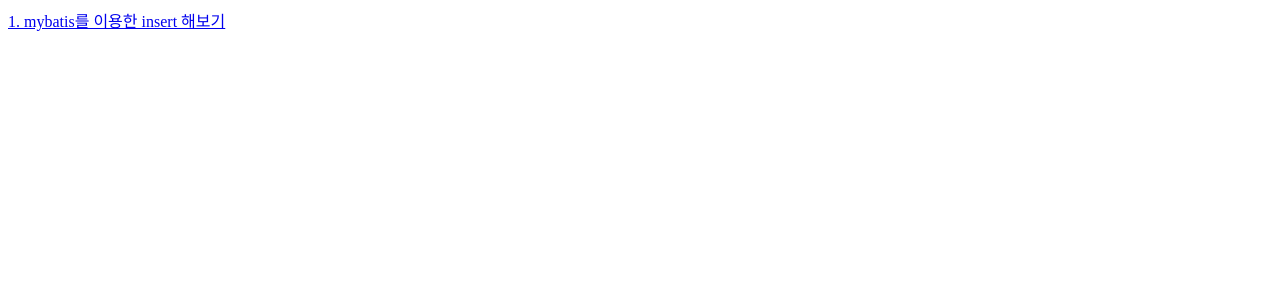
Repository: skosko00/seongmin
Page: webworkspace3/mybatis_01/WebContent/index.html
These files come from the project's save history. The page is drawn as it stood at one moment and after the next save; the edit follows.
The browser window is 1280 px wide. The pictures show the whole page.

Above is the page before, as saved 2018-06-26 07:20:07.

### webworkspace3/mybatis_01/WebContent/index.html
<!DOCTYPE html>
<html>
<head>
<meta charset="UTF-8">
<title>Insert title here</title>
</head>
<body>
<a href="/mybatisTest1">1. mybatis를 이용한 insert 해보기</a>
</body>
</html>

After the next save:
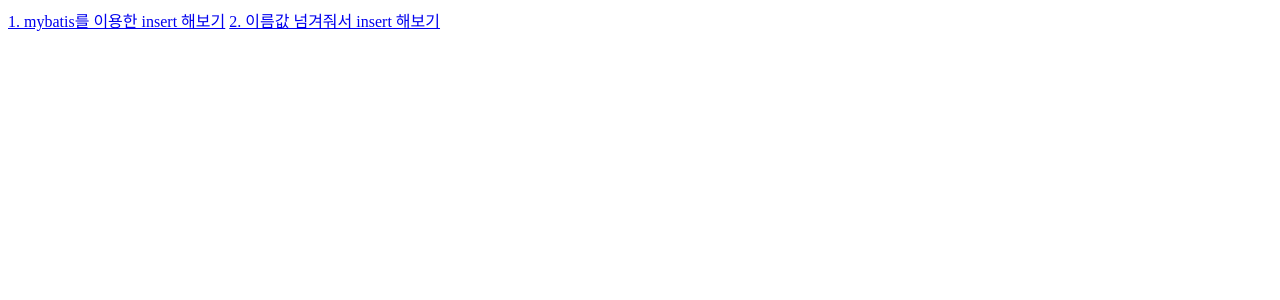
Saved 15 min 46 s later.
--- a/webworkspace3/mybatis_01/WebContent/index.html
+++ b/webworkspace3/mybatis_01/WebContent/index.html
@@ -6,5 +6,6 @@
 </head>
 <body>
 <a href="/mybatisTest1">1. mybatis를 이용한 insert 해보기</a>
+<a href="/mybatisTest2">2. 이름값 넘겨줘서 insert 해보기</a>
 </body>
 </html>
